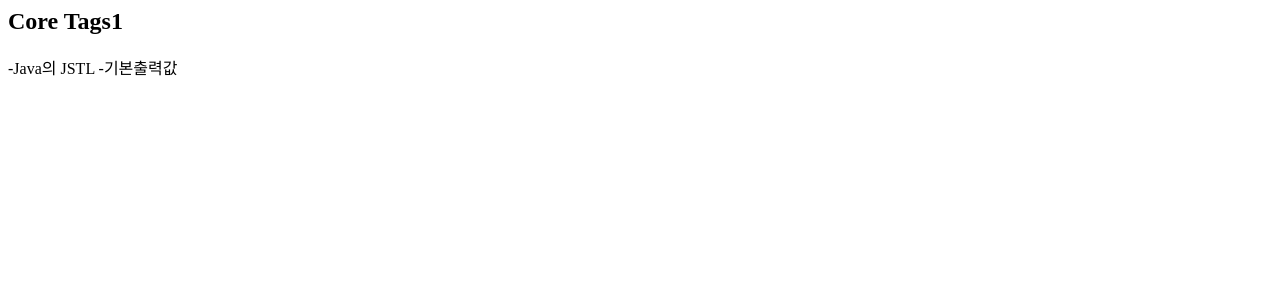
Repository: zboizz/JAVA_practice
Page: http://localhost/myapp/jstl/coreTag1.jsp
These files come from the project's save history. The page is drawn as it stood at one moment and after the next save; the edit follows.
The browser window is 1280 px wide. The pictures show the whole page.
The page is served by Tomcat 9. Nobody is signed in. The application's start-up code is not run.

Above is the page before, as saved 2020-01-02 05:54:43.

### myapp/WebContent/jstl/coreTag1.jsp
<!-- coreTags1.jsp -->
<%@ page contentType="text/html; charset=EUC-KR"%>
<%@taglib prefix="c" uri="http://java.sun.com/jsp/jstl/core"%>
<!-- prefix를 작성할때 core인 경우에는 관례적으로 c 를 사용 -->
<%
		request.setCharacterEncoding("EUC-KR");
		String str1 = "Java의 JSTL";
		String str2 = null;
%>
<h2>Core Tags1</h2>
<!-- 4개의 저장소에 변수를 선언 -->
<c:set var="str3" value="JSPStudy" scope="page"/>
<c:set var="str4" value="JSTL" scope="session"/>
<!-- 변수의 출력 -->
-<c:out value="<%=str1%>" default="기본출력값"/>
-<c:out value="<%=str2%>" default="기본출력값"/>

After the next save:
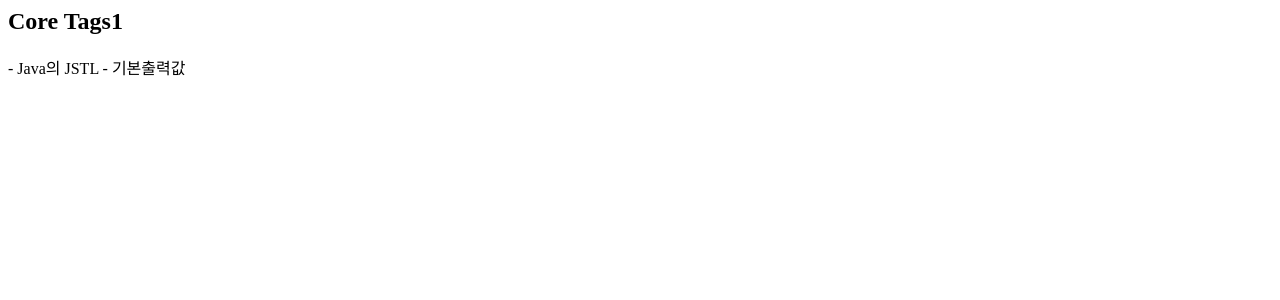
Saved 69 s later.
--- a/myapp/WebContent/jstl/coreTag1.jsp
+++ b/myapp/WebContent/jstl/coreTag1.jsp
@@ -12,5 +12,5 @@
 <c:set var="str3" value="JSPStudy" scope="page"/>
 <c:set var="str4" value="JSTL" scope="session"/>
 <!-- 변수의 출력 -->
--<c:out value="<%=str1%>" default="기본출력값"/>
--<c:out value="<%=str2%>" default="기본출력값"/>
+- <c:out value="<%=str1%>" default="기본출력값"/>
+- <c:out value="<%=str2%>" default="기본출력값"/>
